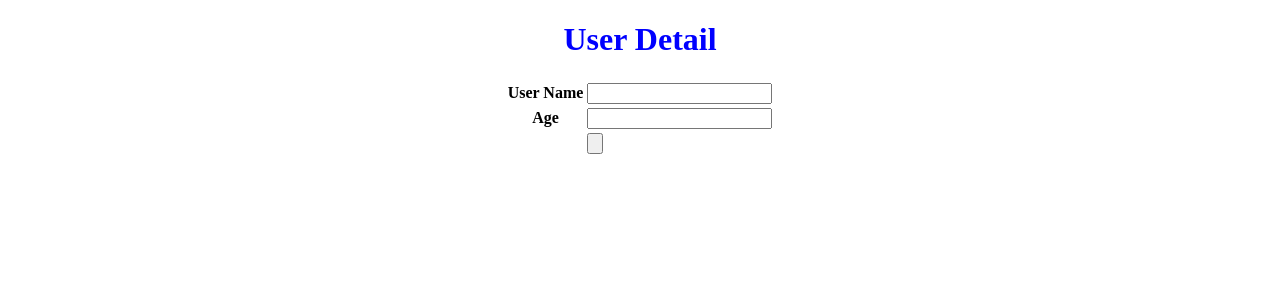
Repository: choubeyshubham018/CompleteJavaQuestions
Page: Servlet Assignment/Ques_16_SessionManagement/src/main/webapp/index.html
An editor plug-in stored every save of this project. The page is shown before and after the next save, followed by the edit.
The browser window is 1280 px wide. The pictures show the whole page.

Above is the page before, as saved 2023-09-19 15:55:16.

### Servlet Assignment/Ques_16_SessionManagement/src/main/webapp/index.html
<!DOCTYPE html>
<html>
<head>
<meta charset="ISO-8859-1">
<title>Home Page</title>
</head>
<body>
<h1 style="text-align: center;color: blue;">User Detail</h1>
<form action="./user/addName" method="get">
<table align="center">
<tr>
<th>User Name</th>
<td><input type="text" name="uname" ></td>
</tr>
<tr>
<th>Age</th>
<td><input type="number" name="uage"></td>
</tr>
<tr>
<td></td>
<td><input type="submit" value=""></td>
</tr>

</table>
</form>

</body>
</html>

After the next save:
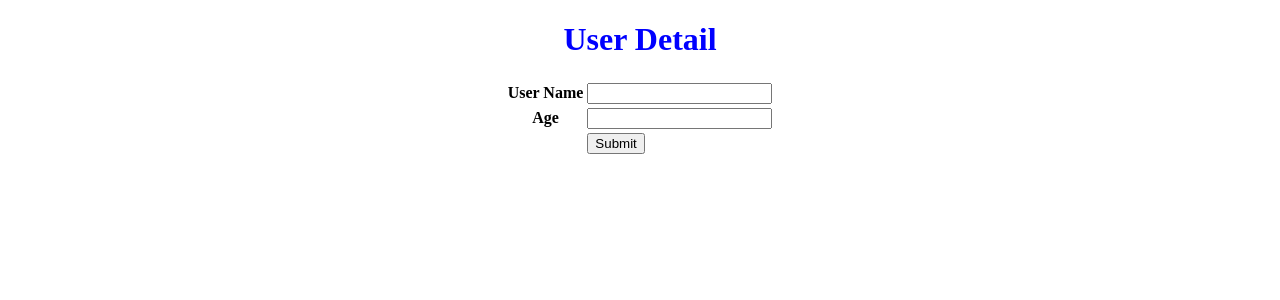
Saved 36 s later.
--- a/Servlet Assignment/Ques_16_SessionManagement/src/main/webapp/index.html
+++ b/Servlet Assignment/Ques_16_SessionManagement/src/main/webapp/index.html
@@ -18,7 +18,7 @@
 </tr>
 <tr>
 <td></td>
-<td><input type="submit" value=""></td>
+<td><input type="submit" value="Submit"></td>
 </tr>
 
 </table>
